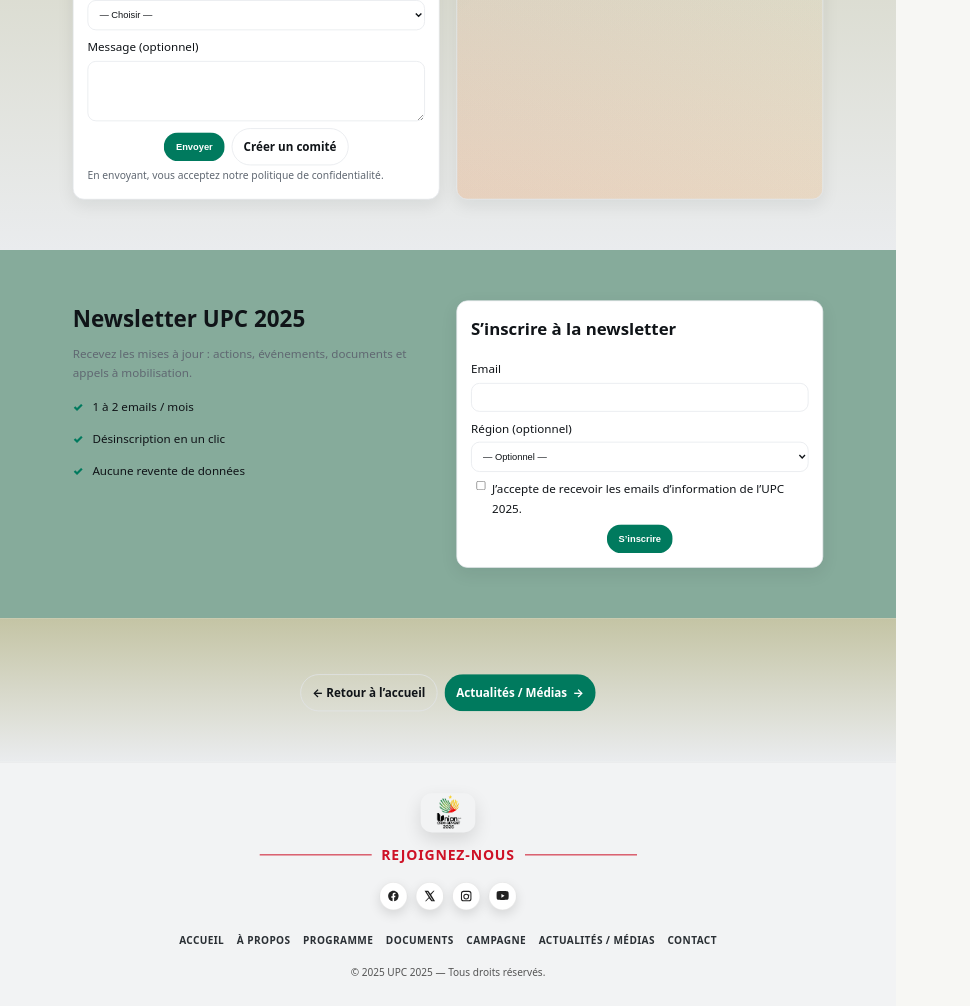
Repository: Kishny/upc2025
Page: adherer.html
The author's editor kept a copy of each file at every save. The page is drawn from the files as they stood at one save, then again after the next save.
The browser window is 1280 px wide. The page is 1386 px wide, so the pictures cover 1386 px, including what lies to the right of the window. The pictures show the part of the page from y = 923 to 2683 px (the page is 2360 px tall before and 2683 px after), at 70% of full size.

Above is the page before, as saved 2025-09-12 01:36:35.
Console error: ReferenceError: DICT_ABOUT is not defined

### adherer.html
<!DOCTYPE html>
<html lang="fr">
  <head>
    <meta charset="utf-8" />
    <meta name="viewport" content="width=device-width,initial-scale=1" />
    <title>Participez — UPC 2025</title>
    <meta
      name="description"
      content="Rejoignez la campagne : bénévolat, dons, comités de soutien. Inscrivez-vous à la newsletter pour recevoir les mises à jour."
    />
    <link rel="preload" href="assets/css/styles.css" as="style" />
    <link rel="stylesheet" href="assets/css/styles.css" />
    <link rel="icon" href="assets/img/logo.png" />
    <meta property="og:title" content="Participez — UPC 2025" />
    <meta
      property="og:description"
      content="Bénévolat, dons, comités de soutien et newsletter."
    />
    <meta name="theme-color" content="#007A5E" />
  </head>
  <body>
    <!-- Topbar -->
    <div class="topbar">
      <div class="container">
        <span class="topbar__msg" data-i18n="topbar_msg"
          >Élection présidentielle — Octobre 2025</span
        >
        <div class="topbar__actions">
          <button
            id="langToggle"
            class="btn btn--ghost"
            aria-label="Toggle language"
          >
            FR / EN
          </button>
          <a class="btn btn--ghost" href="contact.html" data-i18n="contact"
            >Contact</a
          >
        </div>
      </div>
    </div>

    <!-- Header -->
    <header class="header">
      <div class="container header__inner">
        <a href="index.html" class="brand">
          <img src="assets/img/logo.png" alt="UPC 2025" class="brand__logo" />
          <span class="brand__title">UPC 2025</span>
        </a>
        <nav id="nav" class="nav" aria-label="Navigation principale">
          <a href="a-propos.html" data-i18n="nav_about">À propos</a>
          <a href="candidat.html" data-i18n="nav_candidate"
            >Candidat consensuel</a
          >
          <a href="programme.html" data-i18n="nav_program">Programme</a>
          <a href="documents.html" data-i18n="nav_docs">Documents officiels</a>
          <a href="campagne-populaire.html" data-i18n="nav_campaign"
            >Campagne populaire</a
          >
          <a href="adherer.html" class="active nav__cta" data-i18n="nav_join"
            >Adhérer</a
          >
          <a href="actualites-medias.html" data-i18n="nav_news_media"
            >Actualités / Médias</a
          >
        </nav>
        <button id="burger" class="burger" aria-label="Menu">
          <span></span><span></span><span></span>
        </button>
      </div>
    </header>

    <!-- Hero -->
    <section class="page-hero">
      <div class="container">
        <h1 data-i18n="join_title_page">Participez à la campagne</h1>
        <p class="page-hero__lead" data-i18n="join_lead">
          Devenez bénévole, soutenez financièrement, rejoignez ou créez un
          comité. Inscrivez-vous aussi à la newsletter.
        </p>
      </div>
    </section>

    <!-- Formulaire Adhésion -->
    <section class="section">
      <div class="container grid-2">
        <form id="form-adhesion" class="card" novalidate>
          <h2 data-i18n="join_form_title">Rejoindre la campagne</h2>

          <div class="form-row">
            <label>
              <span data-i18n="field_name">Nom & Prénoms</span>
              <input type="text" name="fullname" required />
            </label>
            <label>
              <span data-i18n="field_phone">Téléphone / WhatsApp</span>
              <input type="tel" name="phone" required />
            </label>
          </div>

          <div class="form-row">
            <label>
              <span data-i18n="field_region">Région</span>
              <select name="region" required>
                <option value="" selected disabled data-i18n="select_region">
                  — Sélectionner —
                </option>
                <option>Adamaoua</option>
                <option>Centre</option>
                <option>Est</option>
                <option>Extrême-Nord</option>
                <option>Littoral</option>
                <option>Nord</option>
                <option>Nord-Ouest</option>
                <option>Ouest</option>
                <option>Sud</option>
                <option>Sud-Ouest</option>
                <option>Diaspora</option>
              </select>
            </label>
            <label>
              <span data-i18n="field_email">Email</span>
              <input type="email" name="email" />
            </label>
          </div>

          <fieldset class="fieldset">
            <legend data-i18n="join_interests">
              Je souhaite contribuer via :
            </legend>
            <div class="checks">
              <label
                ><input type="checkbox" name="interest" value="benevolat" />
                <span data-i18n="opt_volunteer">Bénévolat</span></label
              >
              <label
                ><input type="checkbox" name="interest" value="don" />
                <span data-i18n="opt_donor">Don</span></label
              >
              <label
                ><input type="checkbox" name="interest" value="comite" />
                <span data-i18n="opt_committee">Comité de soutien</span></label
              >
            </div>
          </fieldset>

          <label>
            <span data-i18n="field_role">Comment contribuer ?</span>
            <select name="role" required>
              <option value="" selected disabled data-i18n="select_role">
                — Choisir —
              </option>
              <option data-i18n="opt_mobilize">Mobilisation</option>
              <option data-i18n="opt_comms">Communication</option>
              <option data-i18n="opt_vote">Contrôle du vote</option>
              <option data-i18n="opt_donor">Donateur</option>
              <option data-i18n="opt_influencer">Influence</option>
            </select>
          </label>

          <label>
            <span data-i18n="field_message_opt">Message (optionnel)</span>
            <textarea name="message" rows="4" placeholder=""></textarea>
          </label>

          <div class="form__alert" hidden></div>
          <div class="hero__cta">
            <button class="btn btn--primary" type="submit" data-i18n="btn_send">
              Envoyer
            </button>
            <a
              href="campagne-populaire.html#comite"
              class="btn btn--outline"
              data-i18n="cta_create_committee"
              >Créer un comité</a
            >
          </div>
          <small class="form__small" data-i18n="privacy_note"
            >En envoyant, vous acceptez notre politique de
            confidentialité.</small
          >
        </form>

        <!-- Bloc info/CTA dons & comités -->
        <div class="card gradient-cm support-card">
          <!-- En-tête illustré -->
          <div class="support-card__header">
            <h3 data-i18n="join_side_title">Soutenir & organiser</h3>

            <!-- Icône don -->
            <svg class="ico ico--donate" viewBox="0 0 48 48" aria-hidden="true">
              <defs>
                <linearGradient id="g-donate" x1="0" y1="0" x2="1" y2="1">
                  <stop offset="0" stop-color="#00A47A" />
                  <stop offset="1" stop-color="#007a5e" />
                </linearGradient>
              </defs>
              <path
                fill="url(#g-donate)"
                d="M34.5 8c-3.1 0-5.1 1.5-6.5 3.1C26.6 9.5 24.6 8 21.5 8 17 8 14 11.1 14 15.7c0 7.2 12 15.8 14 17 2-1.2 14-9.8 14-17C42 11.1 39 8 34.5 8z"
              />
              <rect
                x="6"
                y="34"
                rx="4"
                ry="4"
                width="36"
                height="8"
                fill="#00a47a"
                opacity="0.18"
              />
            </svg>

            <!-- Icône comité -->
            <svg
              class="ico ico--committee"
              viewBox="0 0 48 48"
              aria-hidden="true"
            >
              <circle cx="14" cy="16" r="5" fill="#007a5e" />
              <circle cx="34" cy="16" r="5" fill="#00a47a" />
              <circle cx="24" cy="12" r="5" fill="#19c6a7" />
              <rect x="8" y="26" width="32" height="12" rx="6" fill="#e6fff7" />
              <path
                d="M10 34c1.2-4.2 4.8-7 9-7h10c4.2 0 7.8 2.8 9 7"
                fill="none"
                stroke="#007a5e"
                stroke-width="2"
                stroke-linecap="round"
              />
            </svg>

            <!-- Icône outils -->
            <svg class="ico ico--tools" viewBox="0 0 48 48" aria-hidden="true">
              <rect x="6" y="24" width="18" height="14" rx="2" fill="#007a5e" />
              <path d="M20 10l4 4-6 6-4-4z" fill="#19c6a7" />
              <path d="M33 12l3 3-12 12-3-3z" fill="#00a47a" />
              <rect
                x="26"
                y="28"
                width="16"
                height="10"
                rx="2"
                fill="#e6fff7"
                stroke="#007a5e"
                stroke-width="2"
              />
            </svg>
          </div>

          <p data-i18n="join_side_text">
            Votre aide peut être bénévole, matérielle ou financière. Les comités
            locaux mènent l’action sur le terrain.
          </p>

          <!-- Boutons avec icônes -->
          <div class="hero__cta support-card__cta">
            <a
              href="contact.html"
              class="btn btn--secondary btn--with-ico"
              data-i18n="join_cta_donate"
            >
              <svg class="btn-ico" viewBox="0 0 20 20" aria-hidden="true">
                <path
                  fill="currentColor"
                  d="M10 17s-7-4.6-7-9.2C3 5.6 5 4 7 4c1.5 0 2.7.8 3 2 .3-1.2 1.5-2 3-2 2 0 4 1.6 4 3.8C17 12.4 10 17 10 17z"
                />
              </svg>
              <span>Faire un don</span>
            </a>

            <a
              href="campagne-populaire.html#comite"
              class="btn btn--outline btn--with-ico"
              data-i18n="join_cta_committee"
            >
              <svg class="btn-ico" viewBox="0 0 20 20" aria-hidden="true">
                <circle cx="6" cy="7" r="3" fill="currentColor" />
                <circle
                  cx="14"
                  cy="7"
                  r="3"
                  fill="currentColor"
                  opacity="0.75"
                />
                <rect
                  x="3"
                  y="12"
                  width="14"
                  height="5"
                  rx="2"
                  fill="currentColor"
                  opacity="0.25"
                />
              </svg>
              <span>Rejoindre / Créer un comité</span>
            </a>
          </div>

          <!-- Checklist avec puces SVG -->
          <ul class="checklist checklist--icons" style="margin-top: 14px">
            <li data-i18n="join_pt1">
              <svg class="bullet" viewBox="0 0 16 16" aria-hidden="true">
                <rect
                  x="2"
                  y="3"
                  width="12"
                  height="10"
                  rx="2"
                  fill="#00a47a"
                />
                <path
                  d="M5 7h6M5 10h3"
                  stroke="#fff"
                  stroke-width="1.6"
                  stroke-linecap="round"
                />
              </svg>
              Formation express pour bénévoles
            </li>
            <li data-i18n="join_pt2">
              <svg class="bullet" viewBox="0 0 16 16" aria-hidden="true">
                <circle cx="8" cy="8" r="7" fill="#19c6a7" />
                <path
                  d="M5 8l2 2 4-4"
                  stroke="#fff"
                  stroke-width="1.8"
                  stroke-linecap="round"
                  fill="none"
                />
              </svg>
              Kits de communication & mobilisation
            </li>
            <li data-i18n="join_pt3">
              <svg class="bullet" viewBox="0 0 16 16" aria-hidden="true">
                <rect
                  x="2.5"
                  y="2.5"
                  width="11"
                  height="11"
                  rx="2"
                  fill="#007a5e"
                />
                <rect x="4.5" y="4.5" width="7" height="7" fill="#e6fff7" />
              </svg>
              Calendrier d’actions locales
            </li>
          </ul>
        </div>
      </div>
    </section>

    <!-- Newsletter -->
    <section class="section section--alt" id="newsletter">
      <div class="container grid-2">
        <div>
          <h2 data-i18n="nl_title">Newsletter UPC 2025</h2>
          <p data-i18n="nl_text">
            Recevez les mises à jour : actions, événements, documents et appels
            à mobilisation.
          </p>
          <ul class="checklist">
            <li data-i18n="nl_pt1">1 à 2 emails / mois</li>
            <li data-i18n="nl_pt2">Désinscription en un clic</li>
            <li data-i18n="nl_pt3">Aucune revente de données</li>
          </ul>
        </div>

        <form id="form-newsletter" class="card" novalidate>
          <h3 data-i18n="nl_form_title">S’inscrire à la newsletter</h3>
          <label>
            <span data-i18n="field_email">Email</span>
            <input type="email" name="email" required />
          </label>
          <label>
            <span data-i18n="field_region">Région (optionnel)</span>
            <select name="region">
              <option value="" selected data-i18n="select_optional">
                — Optionnel —
              </option>
              <option>Adamaoua</option>
              <option>Centre</option>
              <option>Est</option>
              <option>Extrême-Nord</option>
              <option>Littoral</option>
              <option>Nord</option>
              <option>Nord-Ouest</option>
              <option>Ouest</option>
              <option>Sud</option>
              <option>Sud-Ouest</option>
              <option>Diaspora</option>
            </select>
          </label>
          <label class="consent">
            <input type="checkbox" name="consent" required />
            <span data-i18n="nl_consent"
              >J’accepte de recevoir les emails d’information de l’UPC
              2025.</span
            >
          </label>

          <div class="form__alert" hidden></div>
          <div class="hero__cta">
            <button class="btn btn--primary" type="submit" data-i18n="nl_btn">
              S’inscrire
            </button>
          </div>
        </form>
      </div>
    </section>

    <!-- Navigation -->
    <section class="section">
      <div class="container hero__cta">
        <a href="index.html" class="btn btn--outline" data-i18n="back_home"
          >← Retour à l’accueil</a
        >
        <a href="actualites-medias.html" class="btn btn--primary">
          <span data-i18n="nav_news_media">Actualités / Médias</span> →
        </a>
      </div>
    </section>

    <!-- Footer -->
    <footer class="footer footer--clean">
      <div class="container footer__wrap">
        <!-- Logo -->
        <img src="assets/img/logo.png" alt="UPC 2025" class="footer__logo" />

        <!-- Titre + lignes -->
        <div class="footer__titleline">
          <span class="footer__line"></span>
          <h3 class="footer__title">REJOIGNEZ-NOUS</h3>
          <span class="footer__line"></span>
        </div>

        <!-- Réseaux -->
        <ul class="footer__socials">
          <li>
            <a class="sbtn" href="#" aria-label="Facebook" title="Facebook">
              <!-- FB SVG -->
              <svg
                viewBox="0 0 24 24"
                width="18"
                height="18"
                fill="currentColor"
                aria-hidden="true"
              >
                <path
                  d="M22 12.06C22 6.49 17.52 2 12 2S2 6.49 2 12.06c0 5.02 3.66 9.18 8.44 9.94v-7.03H8.08v-2.9h2.36V9.41c0-2.33 1.39-3.61 3.52-3.61.99 0 2.02.18 2.02.18v2.23h-1.14c-1.12 0-1.47.7-1.47 1.42v1.71h2.5l-.4 2.9h-2.1V22c4.78-.76 8.44-4.92 8.44-9.94z"
                />
              </svg>
            </a>
          </li>
          <li>
            <a class="sbtn" href="#" aria-label="X / Twitter" title="X">
              <!-- X SVG -->
              <svg
                viewBox="0 0 24 24"
                width="18"
                height="18"
                fill="currentColor"
                aria-hidden="true"
              >
                <path
                  d="M18.9 2H21l-6.47 7.39L22 22h-6.86l-4.69-6.12L4.9 22H3l6.92-7.91L2 2h6.97l4.27 5.73L18.9 2zm-2.41 18h1.35L7.63 4H6.2l10.29 16z"
                />
              </svg>
            </a>
          </li>
          <li>
            <a class="sbtn" href="#" aria-label="Instagram" title="Instagram">
              <!-- IG SVG -->
              <svg
                viewBox="0 0 24 24"
                width="18"
                height="18"
                fill="currentColor"
                aria-hidden="true"
              >
                <path
                  d="M7 2h10a5 5 0 0 1 5 5v10a5 5 0 0 1-5 5H7a5 5 0 0 1-5-5V7a5 5 0 0 1 5-5zm0 2a3 3 0 0 0-3 3v10a3 3 0 0 0 3 3h10a3 3 0 0 0 3-3V7a3 3 0 0 0-3-3H7zm5 3.5a5.5 5.5 0 1 1 0 11 5.5 5.5 0 0 1 0-11zm0 2a3.5 3.5 0 1 0 0 7 3.5 3.5 0 0 0 0-7zm5.25-.75a1 1 0 1 1 0 2 1 1 0 0 1 0-2z"
                />
              </svg>
            </a>
          </li>
          <li>
            <a class="sbtn" href="#" aria-label="YouTube" title="YouTube">
              <!-- YT SVG -->
              <svg
                viewBox="0 0 24 24"
                width="18"
                height="18"
                fill="currentColor"
                aria-hidden="true"
              >
                <path
                  d="M23.5 6.2s-.23-1.64-.94-2.35c-.9-.94-1.9-.95-2.36-1C16.5 2.5 12 2.5 12 2.5h0s-4.5 0-8.2.35c-.46.06-1.46.06-2.36 1C.73 4.55.5 6.2.5 6.2S.25 8.1.25 10v1.99c0 1.9.25 3.8.25 3.8s.23 1.64.94 2.35c.9.94 2.09.91 2.62 1.02C6.14 19.4 12 19.5 12 19.5s4.5 0 8.2-.35c.46-.06 1.46-.06 2.36-1 .71-.71.94-2.35.94-2.35s.25-1.9.25-3.8V10c0-1.9-.25-3.8-.25-3.8zM9.75 15.02V7.98l6.01 3.52-6.01 3.52z"
                />
              </svg>
            </a>
          </li>
        </ul>

        <!-- Navigation -->
        <nav class="footer__nav">
          <a href="index.html">Accueil</a>
          <a href="a-propos.html">À propos</a>
          <a href="programme.html">Programme</a>
          <a href="documents-officiels.html">Documents</a>
          <a href="campagne-populaire.html">Campagne</a>
          <a href="actualites-medias.html">Actualités / Médias</a>
          <a href="contact.html">Contact</a>
        </nav>

        <!-- Copyright -->
        <small class="footer__copy">
          © <span id="year"></span> UPC 2025 — Tous droits réservés.
        </small>
      </div>
    </footer>

    <script src="assets/js/app.js" defer></script>
  </body>
</html>

Loaded but not shown: assets/js/app.js (1332 lines, source omitted); assets/css/styles.css (2384 lines, source omitted)

After the next save:
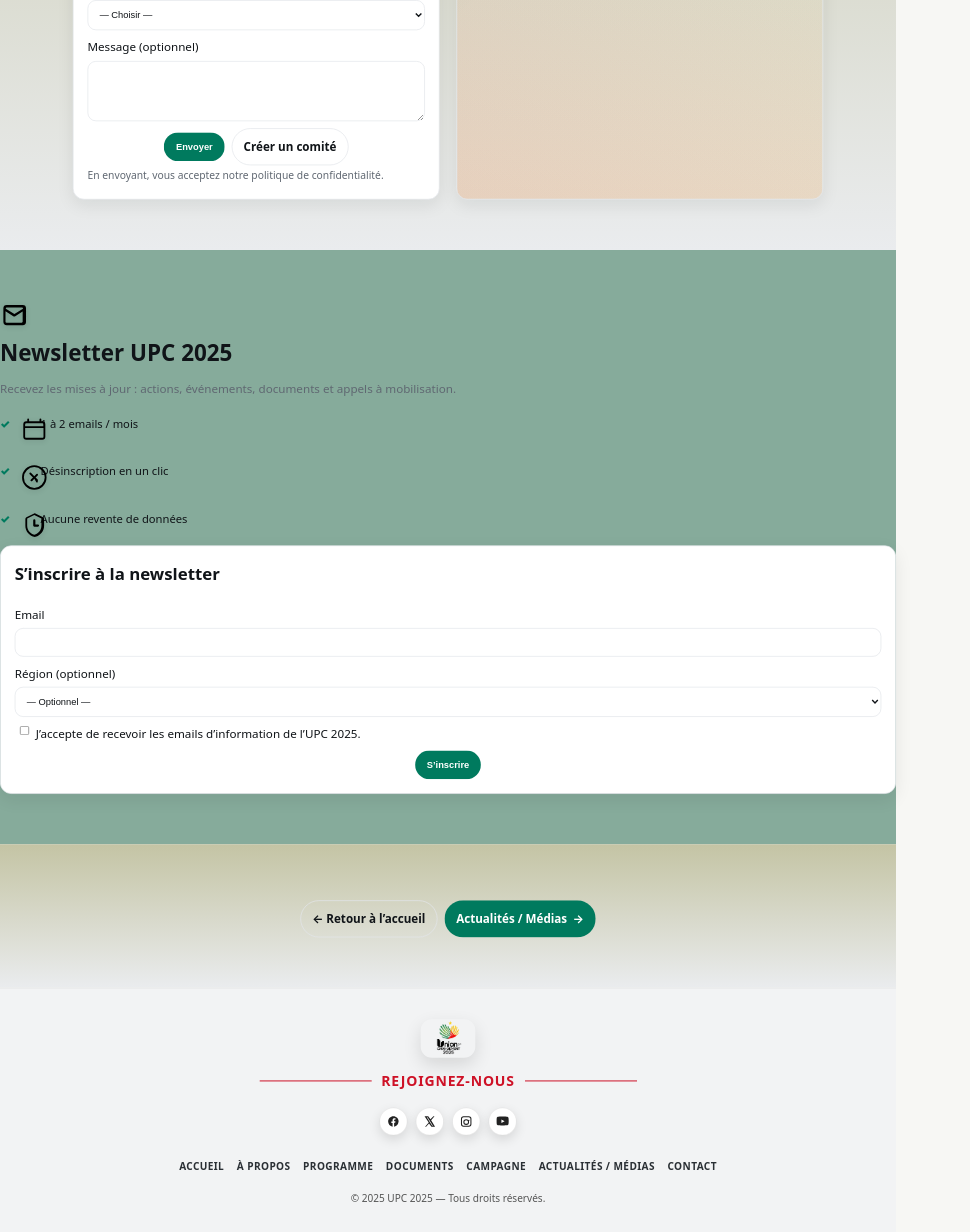
Saved 15 min 0 s later.
--- a/adherer.html
+++ b/adherer.html
@@ -352,19 +352,45 @@
 
     <!-- Newsletter -->
     <section class="section section--alt" id="newsletter">
-      <div class="container grid-2">
-        <div>
-          <h2 data-i18n="nl_title">Newsletter UPC 2025</h2>
-          <p data-i18n="nl_text">
-            Recevez les mises à jour : actions, événements, documents et appels
-            à mobilisation.
-          </p>
-          <ul class="checklist">
-            <li data-i18n="nl_pt1">1 à 2 emails / mois</li>
-            <li data-i18n="nl_pt2">Désinscription en un clic</li>
-            <li data-i18n="nl_pt3">Aucune revente de données</li>
-          </ul>
-        </div>
+      <div>
+  <!-- Titre avec icône enveloppe -->
+  <div class="nl__title">
+    <!-- Envelope -->
+    <svg class="ico ico--lg" viewBox="0 0 24 24" aria-hidden="true">
+      <path d="M2.75 6.5A2.75 2.75 0 0 1 5.5 3.75h13A2.75 2.75 0 0 1 21.25 6.5v11A2.75 2.75 0 0 1 18.5 20.25h-13A2.75 2.75 0 0 1 2.75 17.5v-11Zm2.75-.75a.75.75 0 0 0-.75.75v.22l7 4.41 7-4.41V6.5a.75.75 0 0 0-.75-.75h-12.5Zm13.25 3.18-6.29 3.96a1.5 1.5 0 0 1-1.62 0L4.5 8.93V17.5c0 .41.34.75.75.75h12.5c.41 0 .75-.34.75-.75V8.93Z"/>
+    </svg>
+    <h2 data-i18n="nl_title">Newsletter UPC 2025</h2>
+  </div>
+
+  <p data-i18n="nl_text">
+    Recevez les mises à jour : actions, événements, documents et appels
+    à mobilisation.
+  </p>
+
+  <ul class="checklist checklist--icons">
+    <li>
+      <!-- Calendar -->
+      <svg class="ico" viewBox="0 0 24 24" aria-hidden="true">
+        <path d="M7 2.75a.75.75 0 0 1 .75.75V5h8.5V3.5a.75.75 0 0 1 1.5 0V5h.75A2.5 2.5 0 0 1 21 7.5v10A2.5 2.5 0 0 1 18.5 20H5.5A2.5 2.5 0 0 1 3 17.5v-10A2.5 2.5 0 0 1 5.5 5h.75V3.5A.75.75 0 0 1 7 2.75ZM5.5 6.5A1 1 0 0 0 4.5 7.5V9h15V7.5a1 1 0 0 0-1-1h-13ZM4.5 10.5V17.5a1 1 0 0 0 1 1h13a1 1 0 0 0 1-1v-7h-15Z"/>
+      </svg>
+      <span data-i18n="nl_pt1">1 à 2 emails / mois</span>
+    </li>
+    <li>
+      <!-- Unsubscribe (one-click) -->
+      <svg class="ico" viewBox="0 0 24 24" aria-hidden="true">
+        <path d="M12 2a10 10 0 1 1 0 20 10 10 0 0 1 0-20Zm0 1.5a8.5 8.5 0 1 0 0 17 8.5 8.5 0 0 0 0-17Zm-3.78 11.28a.75.75 0 0 1 1.06 0L12 12.06l2.72 2.72a.75.75 0 1 1-1.06 1.06L12 13.12l-1.66 1.66a.75.75 0 0 1-1.06-1.06L10.94 12 9.22 10.28a.75.75 0 1 1 1.06-1.06L12 10.94l1.72-1.72a.75.75 0 1 1 1.06 1.06L13.06 12l1.72 1.72a.75.75 0 0 1-1.06 1.06L12 13.06l-1.72 1.72a.75.75 0 0 1-1.06-1.06L10.94 12 8.22 9.28a.75.75 0 1 1 1.06-1.06L12 10.94l2.72-2.72"/>
+      </svg>
+      <span data-i18n="nl_pt2">Désinscription en un clic</span>
+    </li>
+    <li>
+      <!-- Shield / Privacy -->
+      <svg class="ico" viewBox="0 0 24 24" aria-hidden="true">
+        <path d="M12 2.25c.3 0 .6.07.86.2l6.28 3.14c.55.27.86.83.86 1.43v5.47c0 4.16-2.92 7.98-7.01 9.06a2.6 2.6 0 0 1-1.28 0C7.62 20.47 4.7 16.65 4.7 12.49V7.02c0-.6.33-1.16.87-1.43L11.86 2.45c.25-.13.56-.2.86-.2Zm0 1.54L6.2 6.53v5.96c0 3.43 2.42 6.58 5.8 7.44 3.38-.86 5.8-4.01 5.8-7.44V6.53L12 3.79Zm0 3.46a.9.9 0 0 1 .9.9v3.36h2.1a.9.9 0 0 1 0 1.8h-3a.9.9 0 0 1-.9-.9V8.15a.9.9 0 0 1 .9-.9Z"/>
+      </svg>
+      <span data-i18n="nl_pt3">Aucune revente de données</span>
+    </li>
+  </ul>
+</div>
 
         <form id="form-newsletter" class="card" novalidate>
           <h3 data-i18n="nl_form_title">S’inscrire à la newsletter</h3>
